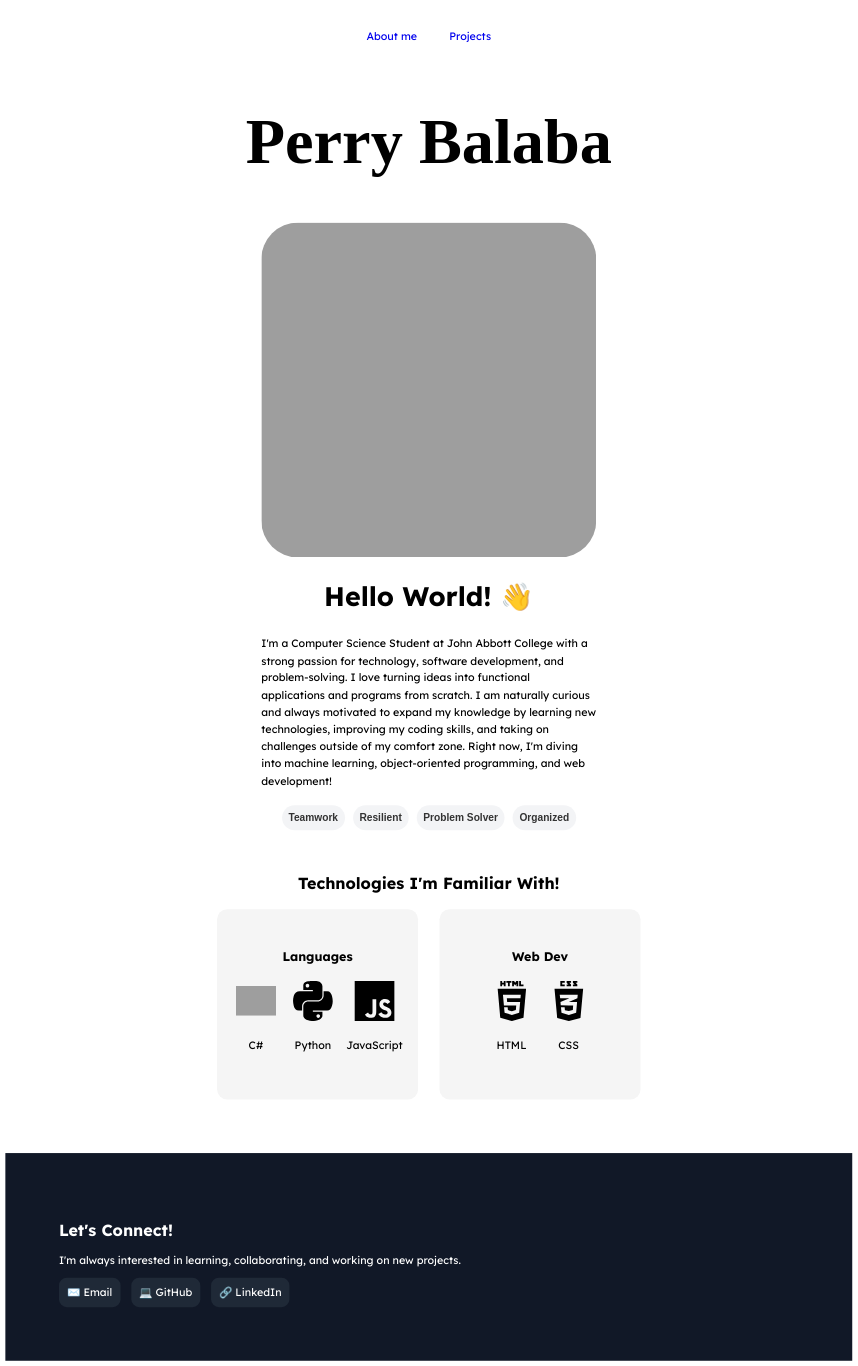
Repository: perrybalaba/perrybalaba
Page: index.html
An editor plug-in stored every save of this project. The page is shown before and after the next save, followed by the edit.
The browser window is 1280 px wide. The pictures show the whole page, at 67% of full size.
Pictures or frames that could not be fetched are drawn as grey boxes. Some web fonts or font styles are not loaded; a fallback is used.

Above is the page before, as saved 2026-05-13 20:30:22.

### index.html
<!DOCTYPE html>
<html lang="en">
<head>
    <meta charset="UTF-8">
    <meta name="viewport" content="width=device-width, initial-scale=1.0">
    <title>Perry's Portfolio</title>
    <link rel="stylesheet" href="./styles/globals.css"/>
    <link rel="stylesheet" href="./styles/index.css"/>
</head>

<body>
    <main>
        <!-- NAVIGATION BAR -->
        <!-- 👇 TO CHANGE: href -->
        <nav class="Nav-Bar">
            <ul>
                <li><a href="./index.html"> About me </a></li>
                <li><a href="./index.html"> Projects </a></li>
            </ul>
        </nav>

        <!-- PAGE HEADER -->
        <div class="About-Me">
            <header class="Home-Header">
                <h1> Perry Balaba </h1>
            </header>

            <!-- INFORMATION ABOUT ME -->
            <div class ="Info">
                <!-- IMAGE -->
                <img class="My-Photo" src="./assets/images/portfolio-me.jpg" alt="me"/>

                <div class ="Description">
                    <h2> Hello World! 👋 </h2>
                    <p> I'm a Computer Science Student at John Abbott College
                        with a strong passion for technology, software development, and problem-solving.
                        I love turning ideas into functional applications and programs from scratch. I am naturally curious and always motivated
                        to expand my knowledge by learning new technologies, improving my coding skills, and taking on challenges outside of my comfort zone.
                        Right now, I'm diving into machine learning, object-oriented programming, and web development!
                    </p>

                    <!-- SOFT SKILLS -->
                    <div class="Soft-Skills-Container">
                        <button type="button" class="Soft-Skills" disabled> Teamwork </button>
                        <button type="button" class="Soft-Skills" disabled> Resilient </button>
                        <button type="button" class="Soft-Skills" disabled> Problem Solver </button>
                        <button type="button" class="Soft-Skills" disabled> Organized </button>
                    </div>
                </div>
            </div>
        </div>

        <!-- SKILLS -->
        <div class="Skills">
            <h2> Technologies I'm Familiar With! </h2>
            <div class="Skills-Container">

                <div class="Skill-Card">
                    <h3> Languages </h3>

                    <div class="Skill-Icons">
                        <div class="Skill">
                            <img src="./assets/images/csharp-svgrepo-com.svg" alt="c# logo"/>
                            <p> C# </p>
                         </div>

                        <div class="Skill">
                            <img src="./assets/images/python-svgrepo-com.svg" alt="python logo"/>
                            <p> Python </p>
                        </div>

                        <div class="Skill">
                            <img src="./assets/images/js01-svgrepo-com.svg" alt="javascript logo"/>
                            <p> JavaScript</p>
                        </div>
                    </div>
                </div>

                <div class="Skill-Card">
                    <h3> Web Dev </h3>

                    <div class="Skill-Icons">
                        <div class="Skill">
                            <img src="./assets/images/html5-01-svgrepo-com.svg" alt="html logo"/>
                            <p> HTML </p>
                        </div>

                        <div class="Skill">
                            <img src="./assets/images/css3-01-svgrepo-com.svg" alt="css logo"/>
                            <p> CSS </p>
                        </div>
                    </div>
                </div>
            </div>
        </div>

        <!-- CONTACT -->
        <div class="Contact">
            <div class="Contact-Containter">
                <div class="Contact-Text">
                    <h2> Let's Connect! </h2>
                    <p>
                        I'm always interested in learning, collaborating, and working on new projects.
                    </p>
                </div>

                <div class="Contact-Links">
                    <a href="mailto:balabaperry@gmail.com"> ✉️ Email</a>
                    <a href="https://github.com/perrybalaba"> 💻 GitHub </a>
                    <a href="https://www.linkedin.com/in/ann-karen-balaba-46b839387/"> 🔗 LinkedIn</a>
                </div>
            </div>
        </div>
    </main>
</body>
</html>

### styles/globals.css
/* FONTS */
@font-face {
    font-family: "NotoSans";
    src: url(../assets/fonts/Noto_Sans/NotoSans-VariableFont_wdth\,wght.ttf);
}

@font-face {
    font-family: "Lexend";
    src: url(../assets/fonts/Lexend_Deca\,Noto_Sans/Lexend_Deca/LexendDeca-VariableFont_wght.ttf);
}

.Home-Header {
    font-family: "NotoSans";
}

.Nav-Bar {
    font-family: "Lexend";
}

main {
    font-family: "Lexend";
}

/* DESKTOP AND TABLET LAYOUTS */

### styles/index.css
/* NAVIGATION BAR */
nav ul {
    list-style: none;
    display: flex;
    justify-content: center;
    flex-wrap: wrap;
    gap: 1rem;
    padding: 1rem;
}

nav ul li {
    float: center;
}

nav ul li a {
    display: block;
    text-align: center;
    padding: .75rem 1rem;
    text-decoration: none;
    font-size: 1rem;
    transition: .2s;
}

nav ul li a:hover {
    transform: scale(1.08);
}

/* HEADER */
.Home-Header {
    font-size: 3rem;
    text-align: center;
}

/* ABOUT ME */
.Info h2 {
    font-size: 2.5rem;
    text-align: center;
}

.Info {
    display: flex;
    flex-direction: column;
    align-items: center;
}

.Info p {
    max-width: 500px;
    line-height: 1.6;

}

.Info img {
    width: 500px;
    height: 500px;
    border-radius: 55px;
}

/* SOFT SKILLS */
.Soft-Skills-Container {
    display: flex;
    justify-content: center;
    align-items: center;
    gap: 12px;
    flex-wrap: wrap;
    margin-top: 1.5rem;
}

.Soft-Skills {
    background-color: #f3f4f6;
    color: #333;
    border: none;
    padding: 10px;
    border-radius: 1000px;
    font-size: 0.95rem;
    font-weight: 600;
    transition: all 0.2s ease;
}

.Soft-Skills:hover {
    transform: translateY(-5px);
    background-color: #4b5563;
    color: white;
}

/* SKILLS */
.Skills-Container {
    display: flex;
    justify-content: center;
    gap: 2rem;
    flex-wrap: wrap;
    margin-top: 1.5rem;
}

.Skill-Card {
    background-color: #f5f5f5;
    padding: 2.5rem;
    border-radius: 15px;
    width: 220px;
    transition: transform 0.2s ease;
}

.Skill-Card:hover {
    transform: translateY(-7px);
}

.Skill-Icons {
    display: flex;
    justify-content: center;
    gap: 15px;
    margin-top: 1rem;
}

.Skill-Icons img {
    width: 60px;
    height: 60px;
    object-fit: contain;
    padding: 5px;
    transition: transform 0.2s ease;
}

.Skill-Icons img:hover {
    transform: scale(1.2);
}

.Skill {
    text-align: center;
}

.Skills {
    margin-top: 4rem;
    text-align: center;
}

.Skills p {
    font-size: 1rem;
    margin-bottom: 2rem;
}

/* CONTACT */
.Contact {
    background-color: #111827;
    color: white;
    padding: 5rem;
    margin-top: 5rem;
}

.Contact-Container {
    display: flex;
    justify-content: space-between;
    align-items: center;
    max-width: 1000px;
    margin: 0;
    flex-wrap: wrap;
    gap: 2rem;
}

.Contact-Links {
    display: flex;
    gap: 1rem;
    flex-wrap: wrap;
}

.Contact-Links a {
    text-decoration: none;
    background-color: #1F2937;
    color: white;
    padding: 12px;
    border-radius: 12px;
    transition: 0.2s ease;
}

.Contact-Links a:hover {
    background-color: #374151;
    transform: scale(1.03);
}

After the next save:
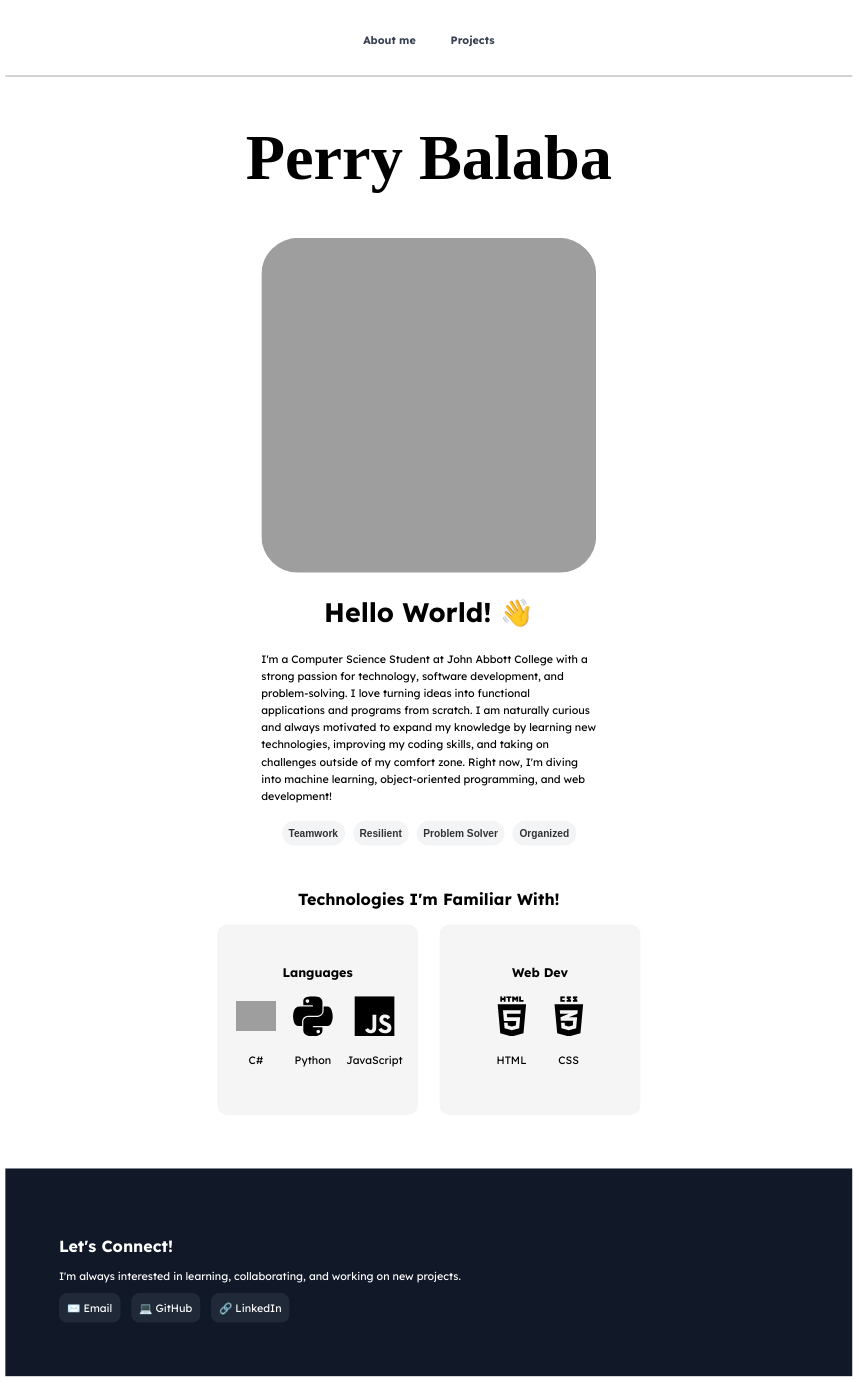
Saved 6 min 44 s later.
--- a/styles/index.css
+++ b/styles/index.css
@@ -1,15 +1,16 @@
 /* NAVIGATION BAR */
+.Nav-Bar {
+    padding: 1rem;
+    border-bottom: 3px solid lightgray;
+}
+
 nav ul {
     list-style: none;
     display: flex;
     justify-content: center;
     flex-wrap: wrap;
-    gap: 1rem;
-    padding: 1rem;
-}
-
-nav ul li {
-    float: center;
+    gap: 2rem;
+    padding: 0;
 }
 
 nav ul li a {
@@ -17,12 +18,18 @@ nav ul li a {
     text-align: center;
     padding: .75rem 1rem;
     text-decoration: none;
+    color: #374151;
+    font-weight: bold;
+    padding: 10px;
+    border-radius: 10px;
     font-size: 1rem;
-    transition: .2s;
+    transition: 0.2s;
 }
 
 nav ul li a:hover {
     transform: scale(1.08);
+    background-color: #f3f4f6;
+    color: black;
 }
 
 /* HEADER */
